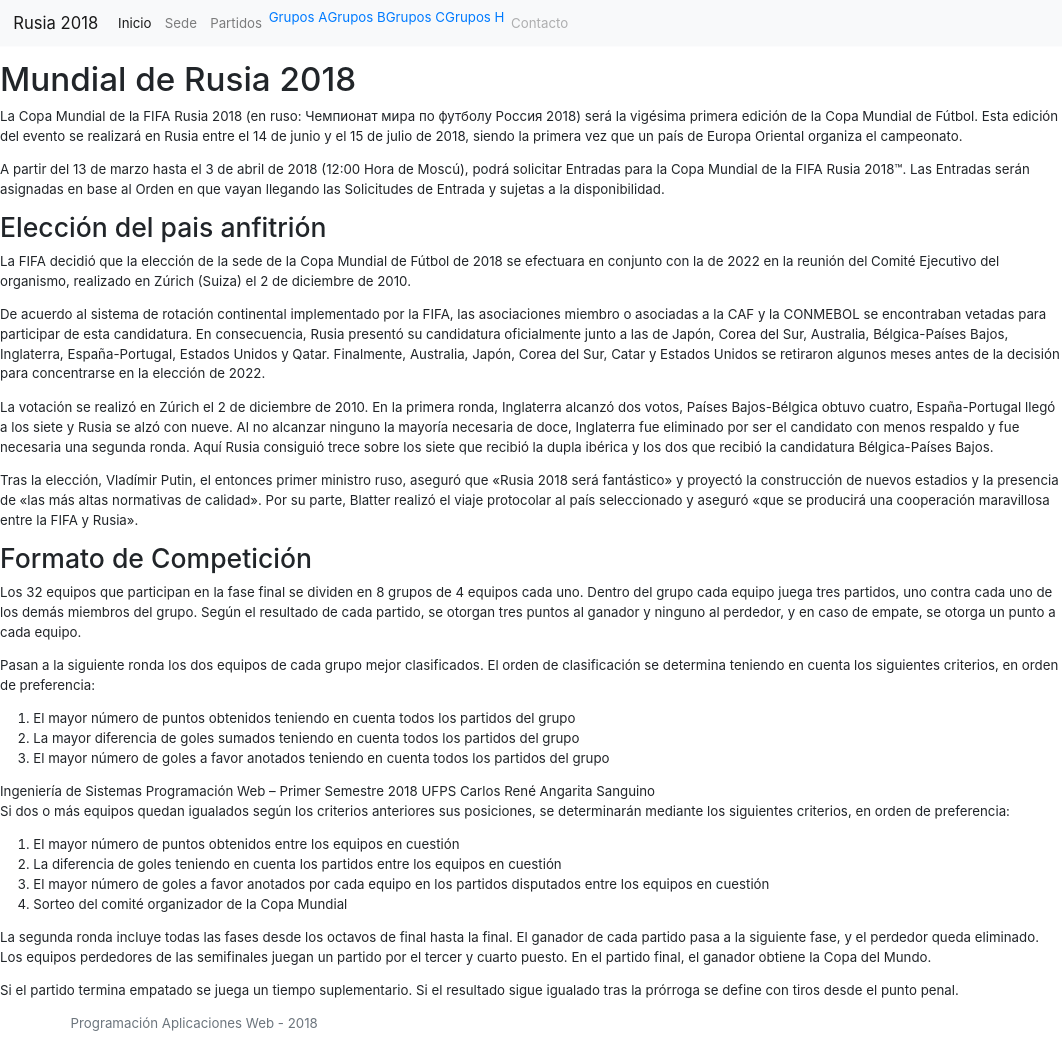
Repository: AndreyRi13/PracticaBootstrap
Page: index.html
An editor plug-in stored every save of this project. The page is shown before and after the next save, followed by the edit.
The browser window is 1280 px wide. The pictures show the whole page, at 83% of full size.

Above is the page before, as saved 2020-09-24 16:32:44.
Console error (its wording comes from the project's code and is left out).

After the next save:
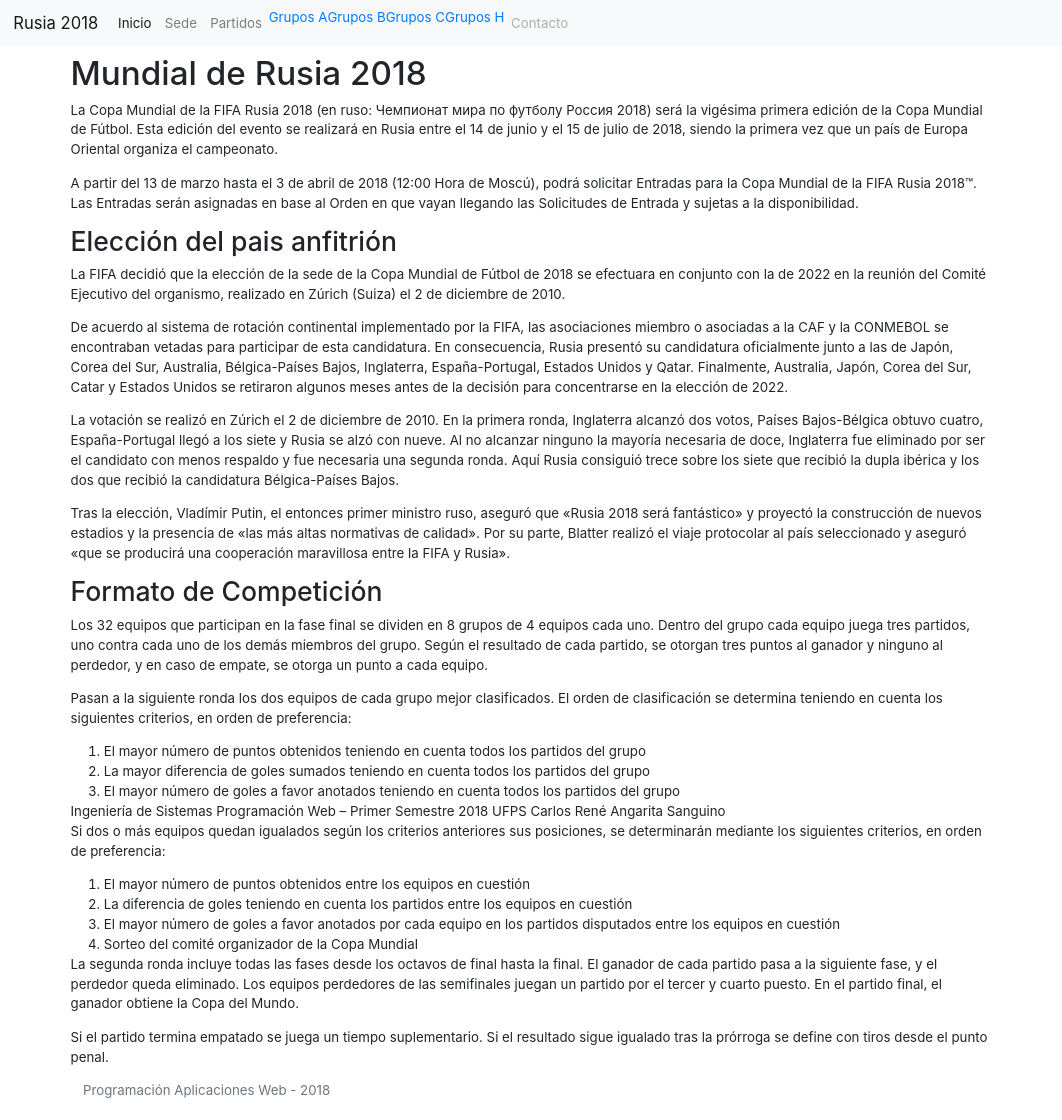
Saved 8 s later.
--- a/index.html
+++ b/index.html
@@ -60,12 +60,6 @@
 
 
 
-        <li ><a href="#"></a></li>
-        </ul>
-    </ul>
-        </div>
-        </div>
-        </nav>
         <script src="https://ajax.googleapis.com/ajax/libs/jquery/1.12.4/jquery.min.js"></script>
 
         <div class="page-header">
